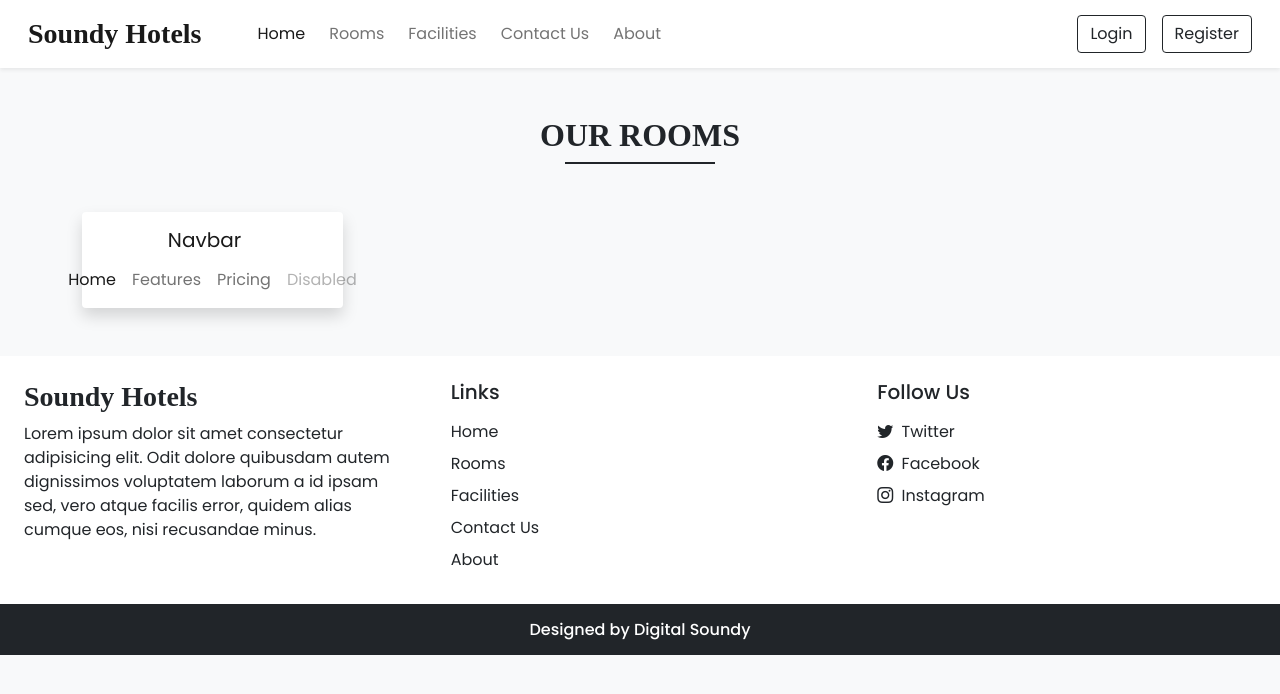
Repository: spencersoundy/Hotel-Booking-App
Page: http://localhost/rooms.php
An editor plug-in stored every save of this project. The page is shown before and after the next save, followed by the edit.
The browser window is 1280 px wide. The pictures show the whole page.
Some web fonts or font styles are not loaded; a fallback is used. The page is run by PHP 8.4 with error messages shown; the project is at /var/www/html/.

Above is the page before, as saved 2023-08-05 00:30:02.

### rooms.php
<!DOCTYPE html>
<html lang="en">
<head>
    <meta charset="UTF-8">
    <meta http-equiv="X-UA-Compatible" content="IE=edge">
    <meta name="viewport" content="width=device-width, initial-scale=1.0">
    <title>Soundy Hotels - CONTACT</title>
    <?php require('inc/links.php') ?>
</head>
<body class="bg-light">

<?php require('inc/header.php') ?>

<div class="my-5 px-4">
    <h2 class="fw-bold h-font text-center">OUR ROOMS</h2>
    <div class="h-line bg-dark"></div>
</div>

<div class="container">
    <div class="row">

       <div class="col-lg-3">
        <nav class="navbar navbar-expand-lg navbar-light bg-white rounded shadow">
            <div class="container-fluid flex-lg-column align-items">
                <a class="navbar-brand" href="#">Navbar</a>
                <button class="navbar-toggler" type="button" data-bs-toggle="collapse" data-bs-target="#navbarNav" aria-controls="navbarNav" aria-expanded="false" aria-label="Toggle navigation">
                <span class="navbar-toggler-icon"></span>
                </button>
                <div class="collapse navbar-collapse" id="navbarNav">
                <ul class="navbar-nav">
                    <li class="nav-item">
                    <a class="nav-link active" aria-current="page" href="#">Home</a>
                    </li>
                    <li class="nav-item">
                    <a class="nav-link" href="#">Features</a>
                    </li>
                    <li class="nav-item">
                    <a class="nav-link" href="#">Pricing</a>
                    </li>
                    <li class="nav-item">
                    <a class="nav-link disabled">Disabled</a>
                    </li>
                </ul>
                </div>
            </div>
        </nav>
       </div>

    </div>
</div>

<?php require('inc/footer.php')?>

</body>
</html>

### inc/links.php
<link href="https://cdn.jsdelivr.net/npm/bootstrap@5.0.2/dist/css/bootstrap.min.css" rel="stylesheet" integrity="sha384-EVSTQN3/azprG1Anm3QDgpJLIm9Nao0Yz1ztcQTwFspd3yD65VohhpuuCOmLASjC" crossorigin="anonymous">
<link href="https://fonts.googleapis.com/css2?family=Merienda:wght@400;700&family=Poppins:wght@400;500;600&display=swap" rel="stylesheet">
<link rel="stylesheet" href="https://cdn.jsdelivr.net/npm/bootstrap-icons@1.10.5/font/bootstrap-icons.css">
<link rel="stylesheet" href="css/common.css"/>

### inc/header.php
<nav class="navbar navbar-expand-lg navbar-light bg-white px-lg-3 py-lg-2 shadow-sm sticky-top">
    <div class="container-fluid">
        <a class="navbar-brand me-5 fw-bold fs-3 h-font" href="index.php">Soundy Hotels</a>
        <button class="navbar-toggler shadow-none" type="button" data-bs-toggle="collapse" data-bs-target="#navbarSupportedContent" aria-controls="navbarSupportedContent" aria-expanded="false" aria-label="Toggle navigation">
        <span class="navbar-toggler-icon"></span>
        </button>
        <div class="collapse navbar-collapse" id="navbarSupportedContent">
        <ul class="navbar-nav me-auto mb-2 mb-lg-0">
            <li class="nav-item">
            <a class="nav-link active me-2" aria-current="page" href="index.php">Home</a>
            </li>
            <li class="nav-item">
            <a class="nav-link me-2" href="rooms.php">Rooms</a>
            </li>
            <li class="nav-item">
            <a class="nav-link me-2" href="facilities.php">Facilities</a>
            </li><li class="nav-item">
            <a class="nav-link me-2" href="contact.php">Contact Us</a>
            </li><li class="nav-item">
            <a class="nav-link" href="about.php">About</a>
            </li>
        </ul>
        <div class="d-flex">
            <button type="button" class="btn btn-outline-dark shadow-none me-lg-3 me-2" data-bs-toggle="modal" data-bs-target="#loginModal">
                Login
            </button>
            <button type="button" class="btn btn-outline-dark shadow-none" data-bs-toggle="modal" data-bs-target="#registerModal">
                Register
            </button>
        </div>
        </div>
    </div>
    </nav>

    <div class="modal fade" id="loginModal" data-bs-backdrop="static" data-bs-keyboard="false" tabindex="-1" aria-labelledby="staticBackdropLabel" aria-hidden="true">
        <div class="modal-dialog">
            <div class="modal-content">
                <form>
                    <div class="modal-header">
                        <h5 class="modal-title d-flex align-items-center">
                            <i class="bi bi-person-circle fs-3 me-2"></i> User Login
                        </h5>
                        <button type="reset" class="btn-close shadow-none" data-bs-dismiss="modal" aria-label="Close"></button>
                    </div>
                    <div class="modal-body">
                    <div class="mb-3">
                        <label class="form-label">Email address</label>
                        <input type="email" class="form-control shadow-none">
                    </div>
                    <div class="mb-4">
                        <label class="form-label">Password</label>
                        <input type="password" class="form-control shadow-none">
                    </div>
                        <div class="d-flex align-items-center justify-content-between mb-2">
                            <button type="submit" class="btn btn-dark shadow-none">LOGIN</button>
                            <a href="javascript: void(0)" class="text-secondary text-decoration-none">Forgot Password?</a>
                        </div>
                    </div>
                </form>
            </div>
        </div>
    </div>

    <div class="modal fade" id="registerModal" data-bs-backdrop="static" data-bs-keyboard="false" tabindex="-1" aria-labelledby="staticBackdropLabel" aria-hidden="true">
        <div class="modal-dialog modal-lg">
            <div class="modal-content">
                <form>
            <div class="modal-header">
                <h5 class="modal-title d-fle align-items-center">
                    <i class="bi bi-person-lines-fill fs-3 me-2"></i> User Registration
                </h5>
                <button type="reset" class="btn-close shadow-none" data-bs-dismiss="modal" aria-label="Close"></button>
            </div>
            <div class="modal-body">
                <span class="badge rounded-pill bg-light text-dark mb-3 text-wrap lh-base">
                    Note: Your details must match with your ID (ID book/card, passport, drivers license, etc.)
                    that will be required during check-in.
                </span>
                <div class="container-fluid">
                    <div class="row">
                        <div class="col-md-6 ps-0 mb-3">
                            <label class="form-label">Name</label>
                            <input type="text" class="form-control shadow-none">
                        </div>
                        <div class="col-md-6 p-0 mb-3">
                            <label class="form-label">Email</label>
                            <input type="email" class="form-control shadow-none">
                        </div>
                        <div class="col-md-6 ps-0 mb-3">
                            <label class="form-label">Phone Number</label>
                            <input type="number" class="form-control shadow-none">
                        </div>
                        <div class="col-md-6 p-0 mb-3">
                            <label class="form-label">Picture</label>
                            <input type="file" class="form-control shadow-none">
                        </div>
                        <div class="col-md-12 p-0 mb-3">
                            <label class="form-label">Address</label>
                            <textarea class="form-control shadow-none" rows="1"></textarea>
                        </div>
                        <div class="col-md-6 ps-0 mb-3">
                            <label class="form-label">Pincode</label>
                            <input type="number" class="form-control shadow-none">
                        </div>
                        <div class="col-md-6 p-0 mb-3">
                            <label class="form-label">Date of birth</label>
                            <input type="date" class="form-control shadow-none">
                        </div>
                        <div class="col-md-6 ps-0 mb-3">
                            <label class="form-label">Password</label>
                            <input type="password" class="form-control shadow-none">
                        </div>
                        <div class="col-md-6 p-0 mb-3">
                            <label class="form-label">Confirm Password</label>
                            <input type="password" class="form-control shadow-none">
                        </div>
                    </div>
                </div>
                <div class="text-center my-1">
                    <button type="submit" class="btn btn-dark shadow-none">REGISTER</button>
                </div>
            </div>
            </form>
            </div>
  </div>
</div>

### inc/footer.php
<div class="container-fluid bg-white mt-5">

        <div class="row">
            <div class="col-lg-4 p-4">
                <h3 class="h-font fw-bold fs-3 mb-2">Soundy Hotels</h3>
                <p>
                    Lorem ipsum dolor sit amet consectetur adipisicing elit.
                    Odit dolore quibusdam autem dignissimos voluptatem laborum a id ipsam sed,
                    vero atque facilis error, quidem alias cumque eos, nisi recusandae minus.
                </p>
            </div>
            <div class="col-lg-4 p-4">
                <h5 class="mb-3">Links</h5>
                <a href="#" class="d-inline-block mb-2 text-dark text-decoration-none">Home</a><br>
                <a href="#" class="d-inline-block mb-2 text-dark text-decoration-none">Rooms</a><br>
                <a href="#" class="d-inline-block mb-2 text-dark text-decoration-none">Facilities</a><br>
                <a href="#" class="d-inline-block mb-2 text-dark text-decoration-none">Contact Us</a><br>
                <a href="#" class="d-inline-block mb-2 text-dark text-decoration-none">About</a>
            </div>
            <div class="col-lg-4 p-4">
                <h5 class="mb-3">Follow Us</h5>
                <a href="#" class="d-inline-block text-dark text-decoration-none mb-2">
                    <i class="bi bi-twitter me-1"></i> Twitter
                </a><br>
                <a href="#" class="d-inline-block text-dark text-decoration-none mb-2">
                    <i class="bi bi-facebook me-1"></i> Facebook
                </a><br>
                <a href="#" class="d-inline-block text-dark text-decoration-none">
                    <i class="bi bi-instagram me-1"></i> Instagram
                </a><br>
            </div>
        </div>
    </div>
</div>

    <h6 class="text-center bg-dark text-white p-3 m-0">Designed by Digital Soundy</h6>

    <script src="https://cdn.jsdelivr.net/npm/bootstrap@5.0.2/dist/js/bootstrap.bundle.min.js" integrity="sha384-MrcW6ZMFYlzcLA8Nl+NtUVF0sA7MsXsP1UyJoMp4YLEuNSfAP+JcXn/tWtIaxVXM" crossorigin="anonymous"></script>

### css/common.css
:root{
    --teal: #2ec1ac;
    --teal_hover: #279e8c;
}

*{
    font-family: 'Poppins', sans-serif;
}
.h-font{
    font-family: 'Merienda', cursive;
}

input::-webkit-outer-spin-button,
input::-webkit-inner-spin-button {
-webkit-appearance: none;
margin: 0;
}

input[type=number] {
-moz-appearance: textfield;
}

.custom-bg{
    background-color: var(--teal);
    border: 1px solid var(--teal);
}
.custom-bg:hover{
    background-color: var(--teal_hover);
    border-color: var(--teal_hover);
}

.h-line{
    width: 150px;
    margin: 0 auto;
    height: 1.7px;
}

After the next save:
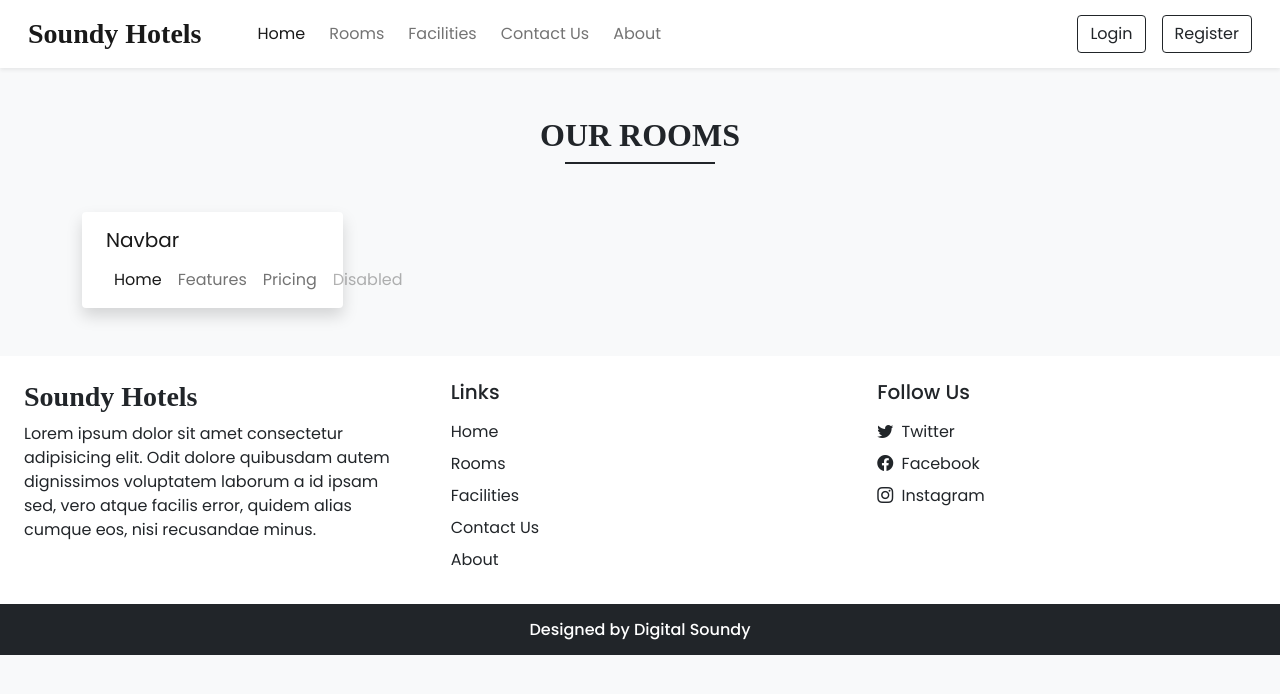
Saved 4 s later.
--- a/rooms.php
+++ b/rooms.php
@@ -21,7 +21,7 @@
 
        <div class="col-lg-3">
         <nav class="navbar navbar-expand-lg navbar-light bg-white rounded shadow">
-            <div class="container-fluid flex-lg-column align-items">
+            <div class="container-fluid flex-lg-column align-items-stretch">
                 <a class="navbar-brand" href="#">Navbar</a>
                 <button class="navbar-toggler" type="button" data-bs-toggle="collapse" data-bs-target="#navbarNav" aria-controls="navbarNav" aria-expanded="false" aria-label="Toggle navigation">
                 <span class="navbar-toggler-icon"></span>
